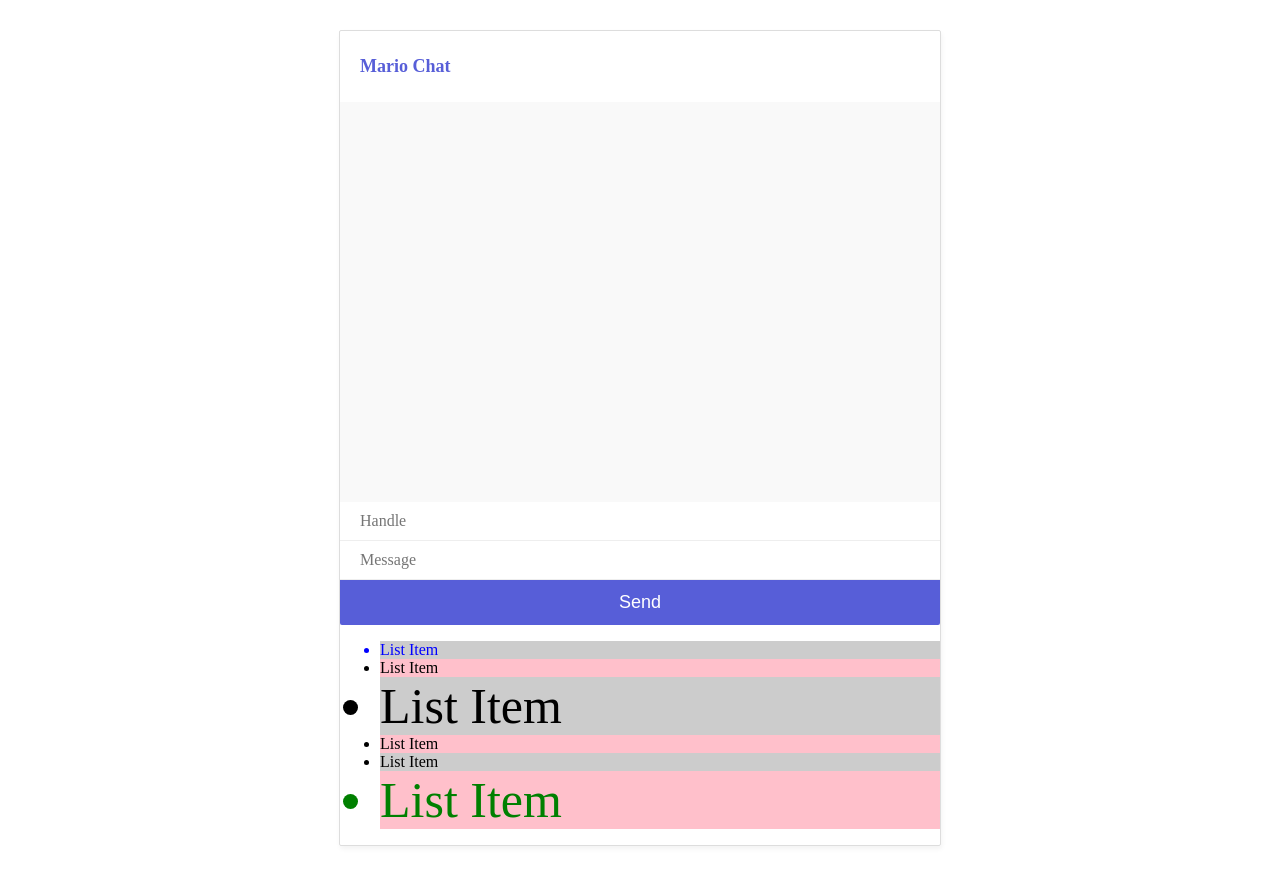
Repository: Promethees/websockets-playlist
Page: public/index.html
An editor plug-in stored every save of this project. The page is shown before and after the next save, followed by the edit.
The browser window is 1280 px wide. The pictures show the whole page.
The page's requests for data from a server got no answer. Some web libraries are served in a nearby version.

Above is the page before, as saved 2020-09-03 09:21:31.

After the next save:
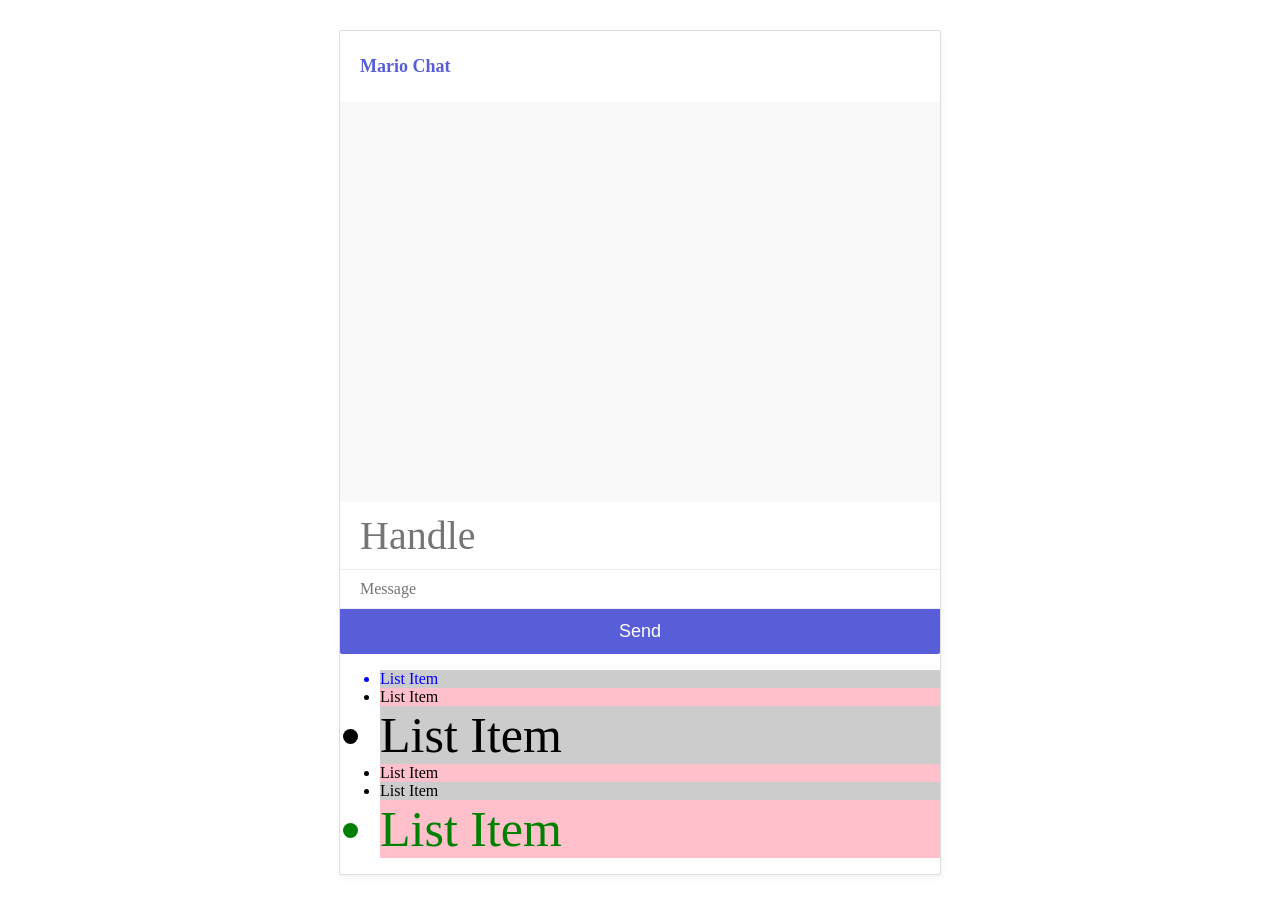
Saved 24 s later.
--- a/public/index.html
+++ b/public/index.html
@@ -36,6 +36,7 @@
             $('ul#list li:odd').css('background-color','pink');
             $('ul#list li:even').css('background-color','#cccccc');
             $('ul#list li:nth-child(3n)').css('font-size','50px'); //For 3,6,9 list items
+            $(':text#handle').css('font-size','40px');
             $(':text#handle').css('font-style','arial');
 
 </script>
